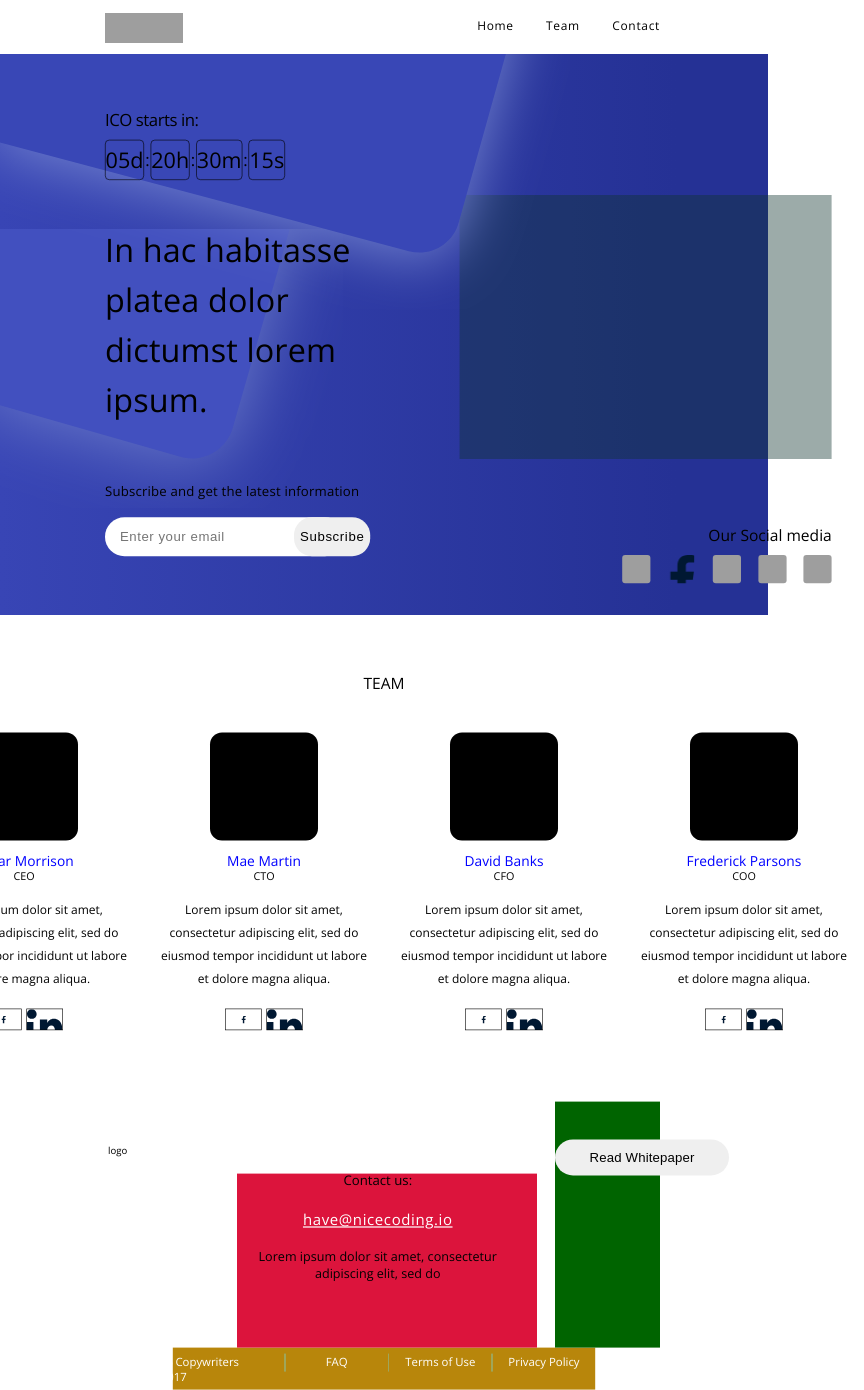
Repository: McGregorSt/newOne
Page: index.html
The author's editor kept a copy of each file at every save. The page is drawn from the files as they stood at one save, then again after the next save.
The browser window is 1280 px wide. The page is 1440 px wide, so the pictures cover 1440 px, including what lies to the right of the window. The pictures show the whole page, at 60% of full size.
Pictures or frames that could not be fetched are drawn as grey boxes.

Above is the page before, as saved 2019-12-16 10:48:33.

### index.html
<!DOCTYPE html>
<html lang="en">
<head>
  <meta charset="UTF-8">
  <meta name="viewport" content="width=device-width, initial-scale=1.0">
  <meta http-equiv="X-UA-Compatible" content="ie=edge">
  <link rel="stylesheet" href="css/style.css">
  <link href="https://fonts.googleapis.com/css?family=Open+Sans:300,300i,400,400i,600,600i,700,700i,800,800i&display=swap" rel="stylesheet">
  <title>Ethworks</title>
</head>
<body>
  <!-- <div class="container"> -->
    <section class="header">
      <div class="header__logo"></div>
      <ul class="header__menu">
        <li class="header__menu__item">Home</li>
        <li class="header__menu__item">Team</li>
        <li class="header__menu__item">Contact</li>
      </ul>
    </section>
    <section class="main">
      <div class="wrapper">
        <div class="subs">
          <div class="subs__timer">
            <span class="subs__timer__header">ICO starts in:</span>
            <div class="subs__timer__global">
              <div class="subs__timer__item">05d</div>
              <div class="subs__timer__item">:</div>
              <div class="subs__timer__item">20h</div>
              <div class="subs__timer__item">:</div>
              <div class="subs__timer__item">30m</div>
              <div class="subs__timer__item">:</div>
              <div class="subs__timer__item">15s</div>
            </div>
          </div>
          <div class="subs__article">In hac habitasse platea dolor dictumst lorem ipsum.</div>
          <div class="subs__email">
            <span class="subs__email__header">Subscribe and get the latest information</span>
            <div class="subs__email__content">
              <input type="email" class="subs__email__input" placeholder="Enter your email">
              <button type="submit" class="subs__email__button">Subscribe</button>
            </div>
          </div>
        </div>

      <div class="media">
        <div class="media__media">
          <div class="media__player"></div>
          <div class="media__social">
            <span class="media__social__header">Our Social media</span>
            <div class="media__social__items">
              <div class="media__social__tt"></div>
              <div class="media__social__fb"></div>
              <div class="media__social__md"></div>
              <div class="media__social__gh"></div>
              <div class="media__social__mail"></div>
            </div>
          </div>
        </div>
    </div>
    </div>
    <div class="subs__subs"></div>
    </section>
    <section class="team">
      <div class="team__header">TEAM</div>
      <div class="team__cards">
        <div class="team__card">
          <div class="team__card__photo"></div>
          <div class="team__card__name">Edgar Morrison</div>
          <div class="team__card__title">CEO</div>
          <div class="team__card__description">Lorem ipsum dolor sit amet, consectetur adipiscing elit, sed do eiusmod tempor incididunt ut labore et dolore magna aliqua. </div>
          <div class="team__card__social">
            <div class="card__social__fb"></div>
            <div class="card__social__in"></div>
          </div>
        </div>
        <div class="team__card">
          <div class="team__card__photo"></div>
          <div class="team__card__name">Mae Martin</div>
          <div class="team__card__title">CTO</div>
          <div class="team__card__description">Lorem ipsum dolor sit amet, consectetur adipiscing elit, sed do eiusmod tempor incididunt ut labore et dolore magna aliqua. </div>
          <div class="team__card__social">
            <div class="card__social__fb"></div>
            <div class="card__social__in"></div>
          </div>
        </div>
        <div class="team__card">
          <div class="team__card__photo"></div>
          <div class="team__card__name">David Banks</div>
          <div class="team__card__title">CFO</div>
          <div class="team__card__description">Lorem ipsum dolor sit amet, consectetur adipiscing elit, sed do eiusmod tempor incididunt ut labore et dolore magna aliqua.</div>
          <div class="team__card__social">
            <div class="card__social__fb"></div>
            <div class="card__social__in"></div>
          </div>
        </div>
        <div class="team__card">
          <div class="team__card__photo"></div>
          <div class="team__card__name">Frederick Parsons</div>
          <div class="team__card__title">COO</div>
          <div class="team__card__description">Lorem ipsum dolor sit amet, consectetur adipiscing elit, sed do eiusmod tempor incididunt ut labore et dolore magna aliqua.</div>
          <div class="team__card__social">
            <div class="card__social__fb"></div>
            <div class="card__social__in"></div>
          </div>
        </div>
      </div>
    </section>
    <section class="footer">
      <div class="footer__main">
        <div class="footer__main__logo">logo</div>
        <div class="footer__main__contact">
          <span>Contact us:</span>
          <span><a href="mailto:#">have@nicecoding.io</a></span>
          <span>Lorem ipsum dolor sit amet, consectetur adipiscing elit, sed do</span>
        </div>
        <div class="footer__main__whitepaper">
          <button type="submit" class="header__whitepaper__button">Read Whitepaper</button>
        </div>
      </div>
      <div class="footer__menu">
        <div class="footer__menu__item">
          <span>&#9400 Copywriters 2017</span>
        </div>
        <div class="footer__menu__separator"></div>
        <div class="footer__menu__item">
          <a href="#">FAQ</a>
        </div>
        <div class="footer__menu__separator"></div>
        <div class="footer__menu__item">
          <a href="#">Terms of Use</a>
        </div>
        <div class="footer__menu__separator"></div>
        <div class="footer__menu__item">
          <a href="#">Privacy Policy</a>
        </div>
      </div>
    </section>
  </!-->
</body>
<script src="js/app.js">


</script>
</html>

### css/style.css
body {
  margin: 0;
  padding: 0;
  box-sizing: border-box;
  font-family: 'Open Sans', sans-serif;
  overflow-y: scroll;
}
/* section header */
.header {
  height: 95px;
  margin: auto;
  margin-top: -5px;
  display: flex;
  justify-content: space-between;
  align-items: center;
  padding: 0 180px;
}
.header__logo {
  width: 130px;
  height: 50px;
  background-image: url('../Assets/logo/dark.svg');
  background-size: cover;
  position: relative;
  left: -5px;
  top: 3px;
}
.header__menu {
  list-style: none;
  display: flex;
  letter-spacing: 1.1px;
  /* font-weight: 300; */
  /* justify-content: space-between; */
  font-size: 20px;
}
.header__menu__item {
  padding: 0 0 0 54px;
}

/* .wrapper {
  position: relative;
  z-index: 100;
} */
/* section main */
.main {
  height: 935px;

}
.main {
  /* background: rgb(56,69,181); */
  background: linear-gradient(90deg, rgba(56,69,181,1) 0%, rgba(37,49,149,1) 88%);
  /* background-image: url('../Assets/BG/Shape1@1x.svg');
  background-repeat: no-repeat;
  background-size: 75%;
  background-position-y: -95px;
  background-position-x: -10px;
  position: relative;
  z-index: 2; */
}
.wrapper {
  display: flex;
  position: relative;

}

.wrapper:after {
  content: "";
  width: 100%;
  height: 100%;
  background-image: url('../Assets/BG/Shape1@1x.svg');
  background-repeat: no-repeat;
  background-size: 75%;
  background-position-y: -95px;
  background-position-x: -10px;
  position: absolute;
  z-index: 10;
  /* filter: url('../Assets/BG/Shape1@1x.svg#filter-2')  */
}

.subs {

  width: 50%;
  font-size: 28px;
  display: flex;
  flex-direction: column;
  padding: 90px 0 60px 175px;
  position: relative;
  z-index: 99;
}
.subs__subs {
  /* width: 50%; */
  height: 800px;
  background-image: url('../Assets/BG/Shape2@1x.svg');
  background-size: 47%;
  top: -730px;
  left: -200px;
  background-position-y: -260px;
  background-position-x: 170px;
  background-repeat: no-repeat;
  position: relative;
  z-index: 1;
  /* filter: url('../Assets/BG/Shape2@1x.svg#filter-2') */
}
.subs__timer {
  /* background-color: thistle; */
  position: relative;
  z-index: 1;
}
.subs__timer__header {
  letter-spacing: -0.8px;
}
.subs__timer__global {
  width: 56.4%;
  display: flex;
  justify-content: space-between;
  padding: 15px 0 40px 0 ;
}
.subs__timer__item {
  width: 88px;
  height: 65px;
  display: flex;
  justify-content: center;
  align-items: center;
}
.subs__timer__item:nth-child(2n+2) {

}
.subs__timer__item:nth-child(2n+1) {
  width: 40%;
  border: 1px solid #000;
  font-size: 36px;
  border-radius: 7px;
}
.subs__article {
  font-size: 54px;
  letter-spacing: 0.2px;
  line-height: 83px;
  padding: 35px 0;
  /* background-color: wheat; */

}
.subs__email {
  /* background-color: yellow; */
  display: flex;
  flex-direction: column;
  font-size: 22px;
  letter-spacing: 0.3px;
  padding: 60px 0;
}
.subs__email__content {
  /* background-color: yellowgreen; */
  height: 100px;
  padding: 30px 0;
}
.subs__email__input {
  height: 63%;
  width: 70%;
  border-radius: 40px;
  font-size: 22px;
  padding-left: 25px;
  letter-spacing: 0.9px;
  outline: none;
  border: 0;
}
.subs__email__input::placeholder {
  /* padding-left: 25px; */
}
.subs__email__button {
  height: 65%;
  width: 24%;
  margin-left: -90px;
  font-size: 22px;
  letter-spacing: 1.05px;
  border: 0;
  border-radius: 30px;
}

.media {
  /* height: 80%; */
  width: 50%;
  /* background-color: tomato; */
}
.media__media {
  height: 100%;
  /* display: flex;
  flex-direction: column; */
  /* justify-content: space-around; */
  padding: 235px 0 0 60px;
}
.media__player {
  width: 620px;
  height: 440px;
  background-color: rgba(15, 51, 47, 0.411);
}
.media__social {
  width: 620px;
  height: 23%;
  display: flex;
  flex-direction: column;
  align-items: flex-end;
  justify-content: center;
  /* background-color: orangered; */
}
.media__social__header {
  font-size: 26px;
  padding: 80px 0 16px 0;

}
.media__social__items {
  width: 56.3%;
  display: flex;
  justify-content: space-between;
}
div.media__social__items > div {
  width: 47px;
  height: 47px;
  /* background-color: olivedrab; */
  border-radius: 5px;
}
.media__social__tt {
  background-image: url('../Assets/Social icons/Twitter@1x.svg');
  background-size: cover;
}
.media__social__fb {
  background-image: url('../Assets/Social icons/Facebook@1x.svg');
  background-size: cover;
}
.media__social__md {
  background-image: url('../Assets/Social icons/Medium@1x.svg');
  background-size: cover;
}
.media__social__gh {
  background-image: url('../Assets/Social icons/Github@1x.svg');
  background-size: cover;
}
.media__social__mail {
  background-image: url('../Assets/Social icons/Telegram@1x.svg');
  background-size: cover;
}


/*
section team
*/

.team {
  display: flex;
  flex-direction: column;
  align-items: center;
  padding: 95px 0 50px 0;
}
.team__header {
  font-size: 26px;
}
.team__cards {
  display: flex;
  justify-content: space-between;
  padding: 60px 0;
}
.team__card {
  height: 500px;
  width: 360px;
  display: flex;
  flex-direction: column;
  justify-content: space-between;
  align-items: center;
  margin: 0 10px;
  /* background-color: palegreen; */
  padding: 5px 10px
}
.team__card__photo {
  width: 180px;
  height: 180px;
  border-radius: 20px;
  background-color: black;

}
.team__card__name {
  font-size: 23px;
  color: blue;
  /* position: relative;
  top: -10px; */
}
.team__card__title {
  font-size: 18px;
  position: relative;
  top: -20px;
}
.team__card__description {
  font-size: 20px;
  text-align: center;
  line-height: 38px;
  position: relative;
  top: -10px;
  padding: 0 5px;
}
.team__card__social {
  display: flex;
  justify-content: space-between;
}
.team__card__social > * {
  width: 55px;
  height: 30px;
  border: 1px solid #000;
  margin: 4px;
  padding: 2px;
}
.card__social__fb {
  background-image: url('../Assets//Profil/Facebook@1x.svg');
  background-position: center center;
  background-position: center center;
  /* background-size: 55px 25px; */

  background-repeat: no-repeat;
}
.card__social__in {
  background-image: url('../Assets//Profil/linkedin@1x.svg');
  background-size: cover;

}




/*
section footer
*/
/*
.footer {
  display: flex;
  flex-direction: column;
  align-items: center;
} */
.footer__main {
  height: 410px;
  display: flex;
  justify-content: space-between;
  padding: 0 180px;
}

/* .footer__header {
  height: 123px;
  width: 100%;
  background-color: cornflowerblue;
  display: flex;
  justify-content: space-between;
  align-items: center;
} */
.footer__main__logo {
  width: 20%;
  margin-top: 70px;

}
.footer__main__contact {
  width: 500px;
  height: 290px;
  background-color: crimson;
  align-self: flex-end;
  display: flex;
  flex-direction: column;
  align-items: center;
}
.footer__main__whitepaper {
  width: 19%;
  background-color: darkgreen;
  padding-top: 33px;
}
.footer__menu {
  height: 60px;
  background-color: darkgoldenrod;
  width:55%;
  margin: auto;
  font-size: 19px;
  display: flex;
  justify-content: space-between;
  padding-top: 10px;
}
.header__whitepaper__button {
  height: 60px;
  width: 290px;
  font-size: 22px;
  letter-spacing: 0.25px;
  border: 0;
  border-radius: 30px;
  position: relative;
  top: 30px;
}
.footer__main__contact > span {
  margin-bottom: 40px;
  font-size: 22px;
  text-align: center;
  position: relative;
  top: -5px;
  left: -15px;
}
.footer__main__contact > span > a {
  font-size: 25px;
  color: #fff;
  letter-spacing: 1px;
  position: relative;
  top: -6px;
}
.footer__main__contact > span:last-child {
  font-size: 21px;
  top: -20px;
}
.footer__menu {

}
.footer__menu__item {
  width: 25%;
  display: flex;
  justify-content: center;
  color: #fff;
}
.footer__menu__item > a {
  text-decoration: none;
  color: #fff;
}
.footer__menu__item:first-child {
  padding-right: 35px;
  margin-left: -20px;

}
.footer__menu__separator {
  width: 2px;
  height: 30px;
  background-color: darkseagreen;
}

### js/app.js
let chi = document.querySelectorAll('.subs__timer__global:nth-child(2n+1)')
console.log(chi)

### Assets/BG/Shape1@1x.svg
<?xml version="1.0" encoding="UTF-8"?>
<svg width="1072px" height="582px" viewBox="0 0 1072 582" version="1.1" xmlns="http://www.w3.org/2000/svg" xmlns:xlink="http://www.w3.org/1999/xlink">
    <!-- Generator: Sketch 47.1 (45422) - http://www.bohemiancoding.com/sketch -->
    <title>BG/Shape1@1x</title>
    <desc>Created with Sketch.</desc>
    <defs>
        <path d="M982.285156,102 L982.285156,370.03125 L210.193802,575.356423 L210.193802,575.356423 C169.990097,586.047947 128.661819,562.429109 117.465781,522.362973 L-9.09494702e-13,102 L982.285156,102 Z" id="path-1"></path>
        <filter x="-16.7%" y="-32.3%" width="133.5%" height="169.1%" filterUnits="objectBoundingBox" id="filter-2">
            <feOffset dx="0" dy="11" in="SourceAlpha" result="shadowOffsetOuter1"></feOffset>
            <feGaussianBlur stdDeviation="53" in="shadowOffsetOuter1" result="shadowBlurOuter1"></feGaussianBlur>
            <feColorMatrix values="0 0 0 0 0.164705882   0 0 0 0 0.219607843   0 0 0 0 0.615686275  0 0 0 1 0" type="matrix" in="shadowBlurOuter1"></feColorMatrix>
        </filter>
    </defs>
    <g id="Page-1" stroke="none" stroke-width="1" fill="none" fill-rule="evenodd">
        <g id="FRONTENT-ZADANIE2">
            <g id="//BG" transform="translate(0.000000, -102.000000)">
                <g id="header-bg">
                    <g id="Rectangle">
                        <g id="BG/Shape1" transform="translate(491.142578, 339.963586) scale(-1, 1) translate(-491.142578, -339.963586) ">
                            <use fill="black" fill-opacity="1" filter="url(#filter-2)" xlink:href="#path-1"></use>
                            <use fill="#3947B6" fill-rule="evenodd" xlink:href="#path-1"></use>
                        </g>
                    </g>
                </g>
            </g>
        </g>
    </g>
</svg>

After the next save:
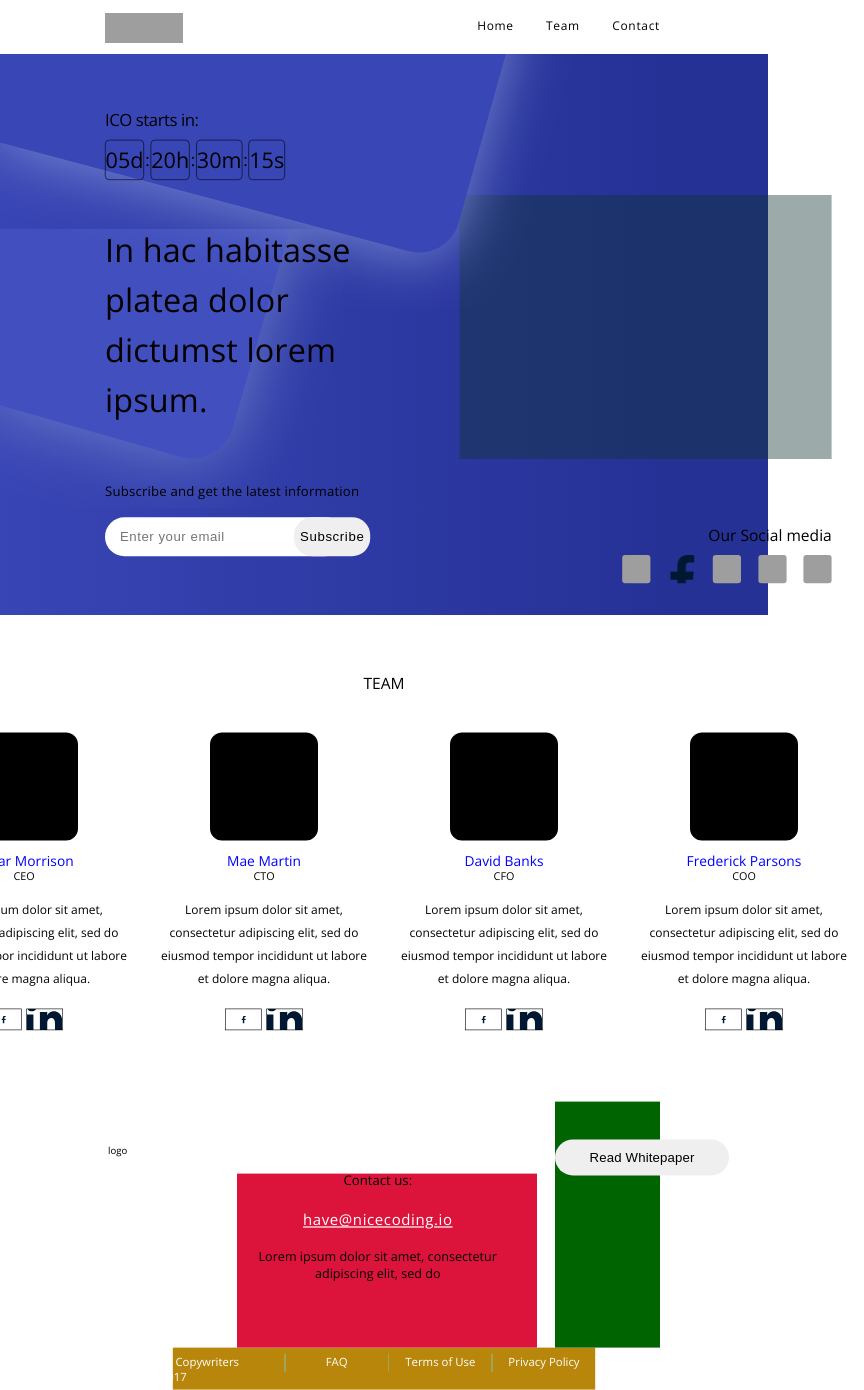
Saved 4 s later.
--- a/css/style.css
+++ b/css/style.css
@@ -307,13 +307,13 @@ section team
 .card__social__fb {
   background-image: url('../Assets//Profil/Facebook@1x.svg');
   background-position: center center;
-  background-position: center center;
   /* background-size: 55px 25px; */
 
   background-repeat: no-repeat;
 }
 .card__social__in {
   background-image: url('../Assets//Profil/linkedin@1x.svg');
+  background-position: center center;
   background-size: cover;
 
 }
